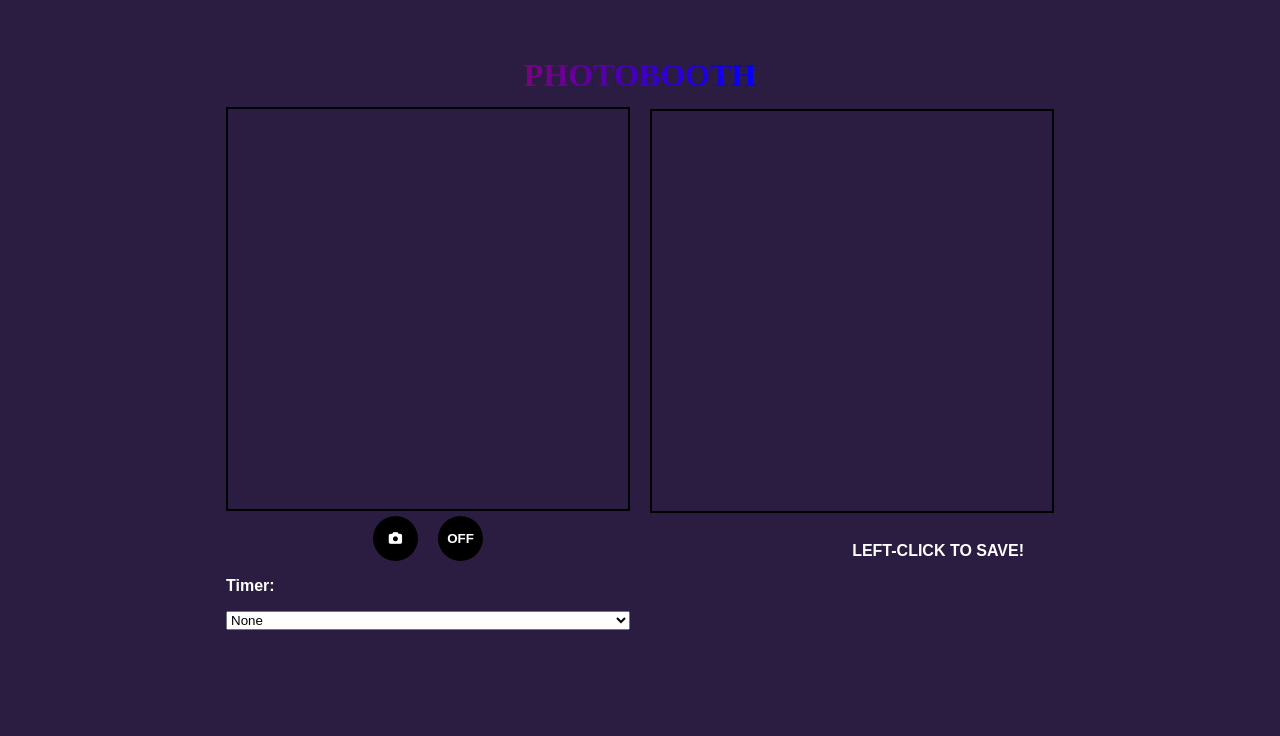
Repository: dmpelaez/photoBoothy
Page: Photobooth.html
An editor plug-in stored every save of this project. The page is shown before and after a run of saves, followed by the edit.
The browser window is 1280 px wide. The pictures show the whole page.
Some web libraries are served in a nearby version.

Above is the page before, as saved 2025-12-16 23:37:59.

### Photobooth.html
<!DOCTYPE html>

  <html>

    <head>

      <title>Photobooth</title>
      <!--CSS link-->
      <link rel="stylesheet" href="https://cdnjs.cloudflare.com/ajax/libs/font-awesome/7.0.1/css/all.min.css">
      <link rel="stylesheet" href="Photobooth.css">
    </head>
    <body>
      <h1>PHOTOBOOTH</h1>
      <div class="container">

        <div class="timer"></div>

        <video autoplay id="video">

        </video>
        <div class="container2">
          <button id="photo-btn" ><i class="fa-solid fa-camera"></i></button>
          <button id="btn-toggle">OFF</button>

        </div>
        <p class="timerchoose">Timer:</p>
        <select class="select" value="">
          <option value="0">None</option>
          <option  value="3">3 seconds</option>
          <option  value="5">5 seconds</option>
          <option value="7">7 seconds</option>
          <option  value="10">10 seconds</option>
        </select>

      </div>

      <canvas id="canvas-image"></canvas>
      <p class="save">Left-click to save!</p>
      <script src="Photobooth.js"></script>
    </body>

  </html>

### Photobooth.css
body {
  display: Flex;
  align-items: center;
  justify-content: center;
  HEIGHT: 100VH;
  flex-direction: row;
  gap: 20px;
  background: rgb(43, 29, 65);
}
h1 {
  position: absolute;
  top: 5%;
  background: linear-gradient(90deg, purple, blue);
    -webkit-background-clip: text;
  -webkit-text-fill-color: transparent;
}

.container {
  display: grid;
  grid-template-columns: 1fr ;
   grid-template-rows: 1fr 50px 50px;
}
.container2 {
  display: flex;
  justify-content: center;
  align-items: center;
  gap: 20px;
  padding-top: 5px;
}
#video,
#canvas-image {
  border: 2px solid black;
  height: 400px;
  width: 400px;
}
#canvas-image {
  margin-bottom: 115px;
}
#video {
  display: grid;
}
#btn-toggle {

  background: rgb(0, 0, 0);
  border: none;
  border-radius: 50%;
  height: 45px;
  width: 45px;
  color: white;
  font-weight: bold;
  font-family: arial;
  cursor: pointer;
}
#photo-btn {


  height: 45px;
  width: 45px;
  border: none;
  background: rgb(0, 0, 0);
  cursor: pointer;
  border-radius: 50%;
}
#photo-btn i {
  color: white;

}
.timer {
display: none;

}
.timerchoose {
  font-weight: bold;
  font-family: arial;
  color: white;
}

.timerPhoto {
  background: black;
  height: 50px;
  width: 50px;
  color: white;
  display: flex;
  align-items: center;
  justify-content: center;
   position: absolute;
  left: 35%;
  bottom: 69.5%;
}
.save {
  font-weight: bold;
  font-family: arial;
  color: white;
  text-transform: uppercase;
  white-space: no-wrap;
  position: absolute;
  bottom: 20%;
  right: 20%;
}

### Photobooth.js
//To make the video appear in html
//I use <video></video> html element
const video = document.getElementById('video');
//canvas element is where the photos will appear
const canvas = document.getElementById('canvas-image');
const btn = document.getElementById('photo-btn');
//I set the canvas into 2d to get the copy
//of the photo taken
const context = canvas.getContext('2d');


//I use navigator.mediDevices.getUsermedia
//to get access on the camera by allowing the
//video and use it to assigned as value of
//video element

///-----------------------------------------------------------------///
//Default value false
let isVideo = false;


//This is a btn for on and off to the camera
document.getElementById('btn-toggle')
.addEventListener('click', () => {

  //Condition where it looks for the opposite
  //value of isVideo by using NOT operator
  //which will result to having a value of TRUE
  if (!isVideo) {
  //once it becomes true
  //navigator.mediaDevices.getUserMedia will activate
  //and the access to video will open
  navigator.mediaDevices.getUserMedia({video: true})
  .then((stream) => {
  //access to camera
  video.srcObject = stream;
  //btn ON
   document.getElementById('btn-toggle').innerHTML = 'ON';
   //Value was change to true
   //so once the btn is click again
   //the else if is the one that will be open
     isVideo = true;

  });
} else if (isVideo) {
  //access to camera again
 navigator.mediaDevices.getUserMedia({video: true})
  .then((stream) => {
    //To stop the camera access
    stream.getTracks().forEach(track => track.stop());
    //To stop the webcam light we need to track all
    //the access video.srcObject have
    for (const track of video.srcObject.getTracks()) {
      track.stop();
    }
    //no value
    stream = null;
    //no value
   video.srcObject = null;
   //Display btn as OFF
   document.getElementById('btn-toggle').innerHTML = 'OFF';
   //Value is changed to false
   isVideo = false;

  })

}
console.log(isVideo);
});

///------------------------------------------------------------///
//capturePhoto is a function where
// the canvas width and height have the
// values of videos'
//and context.drawImage capture everything
//and replicate the videos into photo
//and before that we change its value
//to the canvas.getContext('2d')
function capturePhoto() {
  //the value canvas width and height
  // is the same as the video width and height;
  canvas.width = video.videoWidth;
  canvas.height = video.videoHeight;

  //
  context.drawImage(video, 0, 0, canvas.width, canvas.height);
}

///------------------------------------------------------------------------///
//btn for camera to capture
btn.addEventListener('click', () => {
//Finally after minutes of thinking how
//to activate the timer if the camera is open

//This will only activate if the isVideo value
// is true but its default value stop it from triggering
//the settimer() because it didn't meet the condition
if (isVideo === true) {
settimer();

}
})

document.body.addEventListener('keydown', (event) => {
  if (event.code === 'Space') {
    if (isVideo === true) {
      settimer();
  }
 }
})

///-----------------------------------------------------------------////








//Timer default setTime
let timer = 0;
//Time interval default value;
let timeInterval = null;
//Get the class selector of select element
const setTime = document.querySelector('.select');
//Use it to get the value from options
//using the eventlistener
//and reassinged the value of timer
//based on the selected value
setTime.addEventListener('change', () => {
  timer = Number(setTime.value);
})

//This is timer function
// where after five seconds
//it will capture a picture
function settimer() {
  //ClearInterval to clear the previous time
  clearInterval(timeInterval);

 //variable timeChange is assign to the value of timer
 let timeChange = timer;
  const timer2 =  document.querySelector('.timer');
  //Use if condition to trigger the funtions inside
  if (timeChange > 0) {
    console.log(timeChange);

    //timeInterval value is reassigned to setInterval
    timeInterval = setInterval(() => {
      //where the class for display of timer is added
      timer2.classList.add("timerPhoto");
      //and display it to see
       document.querySelector('.timer').innerHTML = timeChange;
       //Use if statement
       //where if the timer is equal to 0
       //it will clear the timeInterval which is this
       //part of the function to reset the timer
       //and remove the display
       //and also capture the image
       if (timeChange === 0) {
        clearInterval(timeInterval);
        capturePhoto();

        timer2.classList.remove("timerPhoto");
       }
       //Time is dropping only until it
       //reaches 0 because the if statement condition
       // remove all this part after reaching the time 0

       timeChange --;

    }, 1000);


  } else  {
    //Optional but to make sure
    //the photo is captured
    capturePhoto();

  }
}

After the next 5 saves:
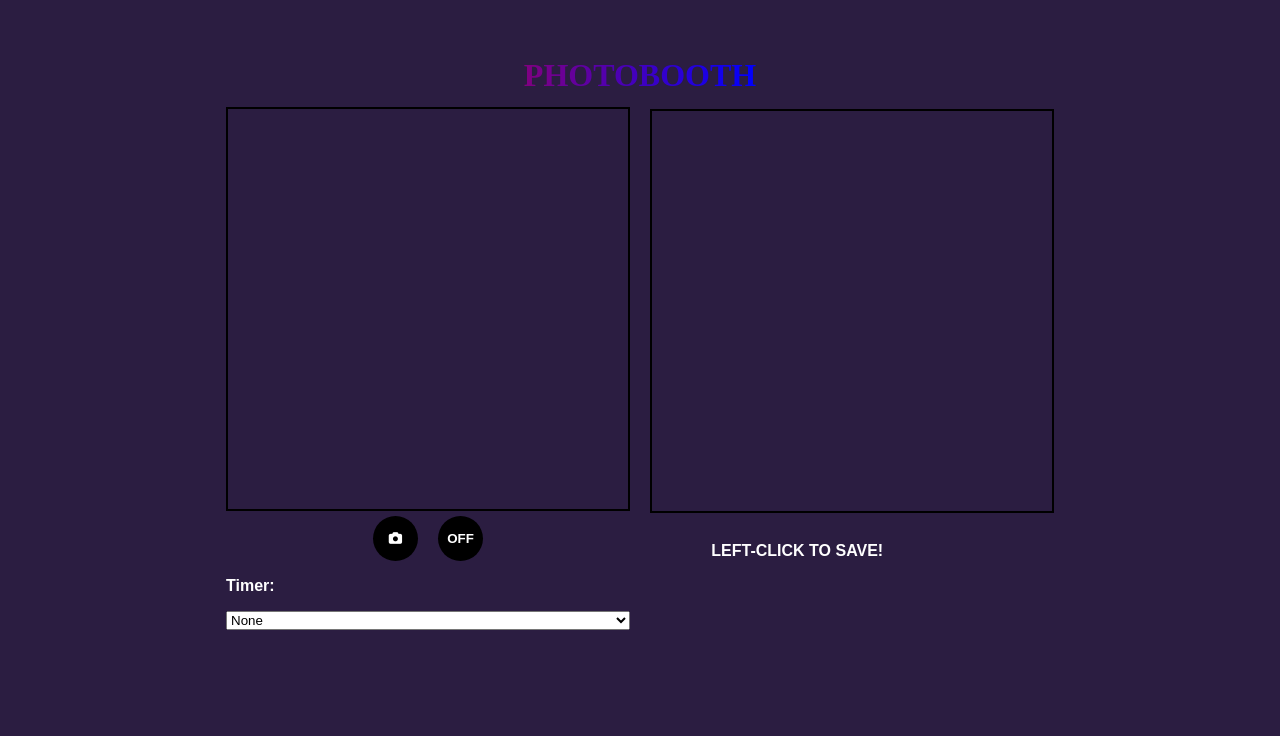
The 5 saves are shown as one change because they came seconds apart.
The last was saved 16 s later.
--- a/Photobooth.css
+++ b/Photobooth.css
@@ -95,5 +95,5 @@ display: none;
   white-space: no-wrap;
   position: absolute;
   bottom: 20%;
-  right: 20%;
+  right: 31%;
 }
